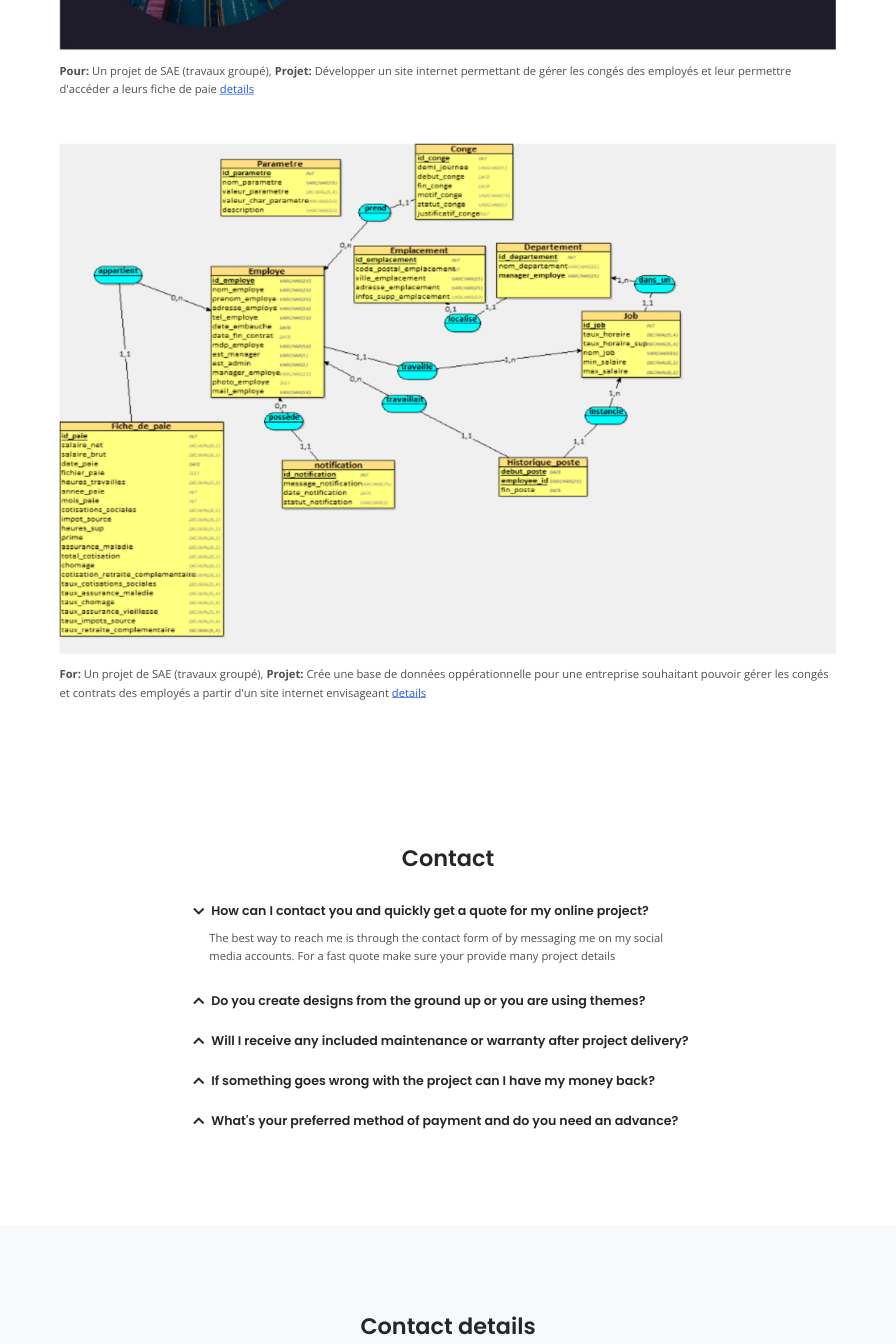
Repository: J2S80000/Portfolio
Page: index.html
The author's editor kept a copy of each file at every save. The page is drawn from the files as they stood at one save, then again after a run of saves.
The browser window is 1280 px wide. The pictures show the part of the page from y = 4580 to 6500 px (the page is 7503 px tall), at 70% of full size.

Above is the page before, as saved 2025-05-05 17:40:37.

After the next 2 saves:
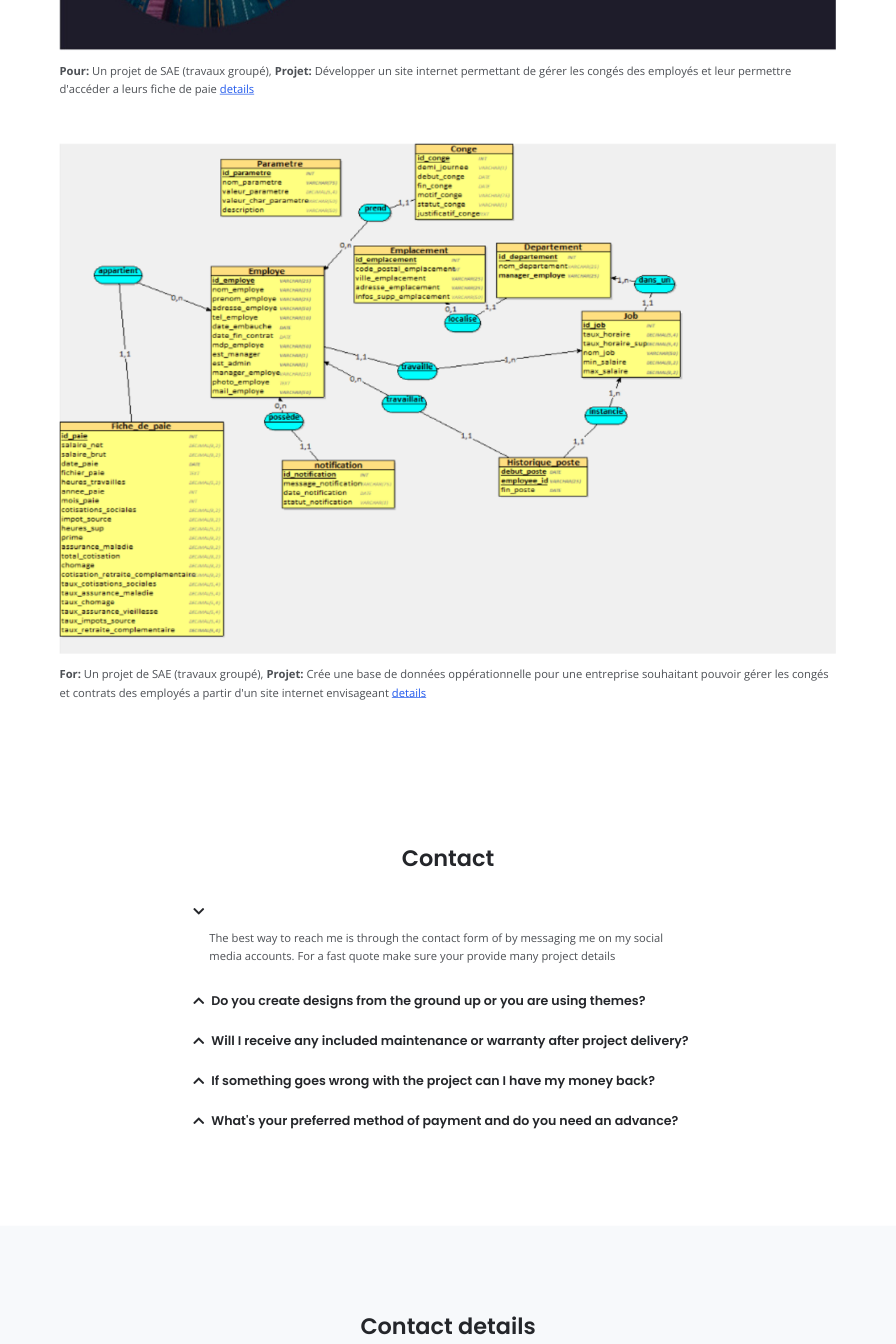
The 2 saves are shown as one change because they came seconds apart.
The last was saved 12 s later.
--- a/index.html
+++ b/index.html
@@ -282,8 +282,7 @@
                         <div class="card">
                             <div class="card-header" id="headingOne">
                                 <button class="btn btn-link btn-block text-left" type="button" data-toggle="collapse" data-target="#collapseOne" aria-expanded="true" aria-controls="collapseOne">
-                                    How can I contact you and quickly get a quote for my online project?
-                                </button>
+                                                                    </button>
                             </div>
                             <div id="collapseOne" class="collapse show" aria-labelledby="headingOne" data-parent="#accordionExample">
                                 <div class="card-body">
